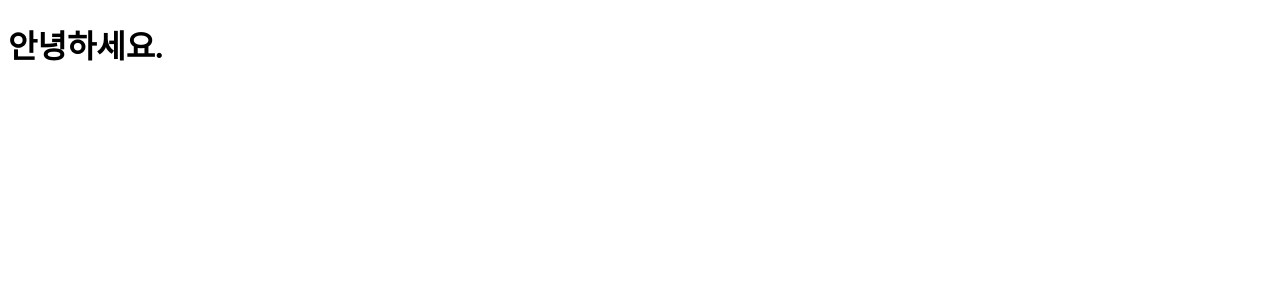
Repository: 2Mihye/servlet-jsp-workspace
Page: http://localhost/Join/register.jsp
An editor plug-in stored every save of this project. The page is shown before and after the next save, followed by the edit.
The browser window is 1280 px wide. The pictures show the whole page.
The page is served by Tomcat 9.

Above is the page before, as saved 2023-11-07 00:33:12.

After the next save:
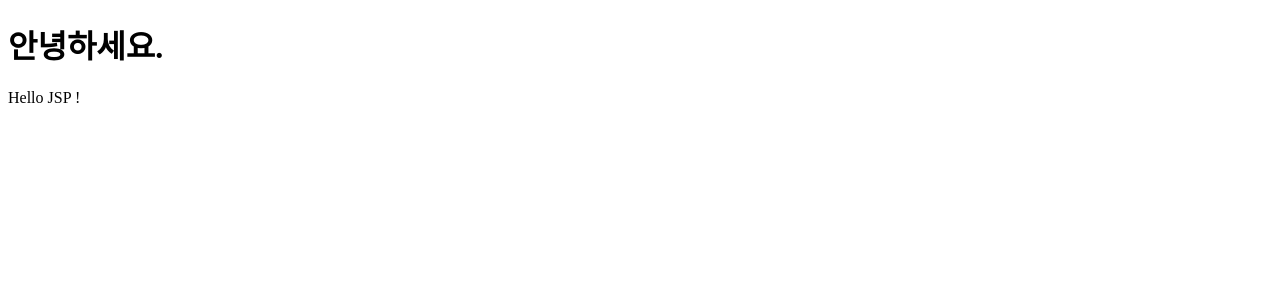
Saved 4 min 17 s later.
--- a/Join/src/main/webapp/register.jsp
+++ b/Join/src/main/webapp/register.jsp
@@ -8,5 +8,9 @@
 </head>
 <body>
 <h1>안녕하세요.</h1>
+<%
+	String msg = "Hello JSP !";
+	out.println(msg);
+%>
 </body>
 </html>
